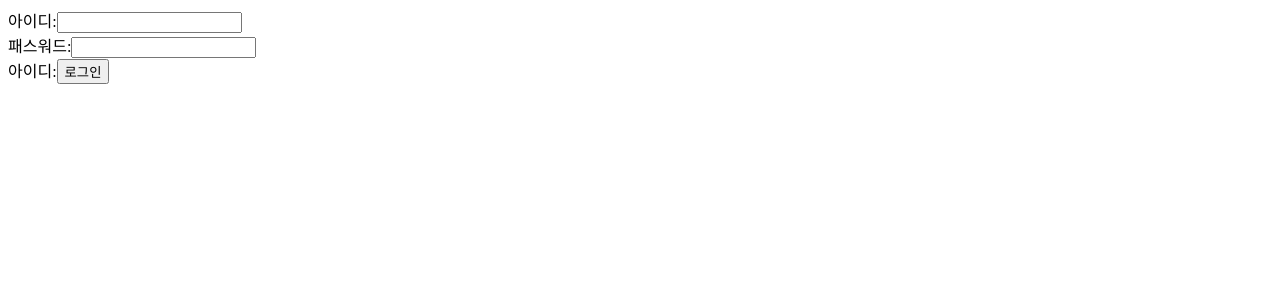
Repository: Yusubin/workEx
Page: project05/src/main/webapp/WEB-INF/login.html
The author's editor kept a copy of each file at every save. The page is drawn from the files as they stood at one save, then again after the next save.
The browser window is 1280 px wide. The pictures show the whole page.

Above is the page before, as saved 2022-02-09 03:04:28.

After the next save:
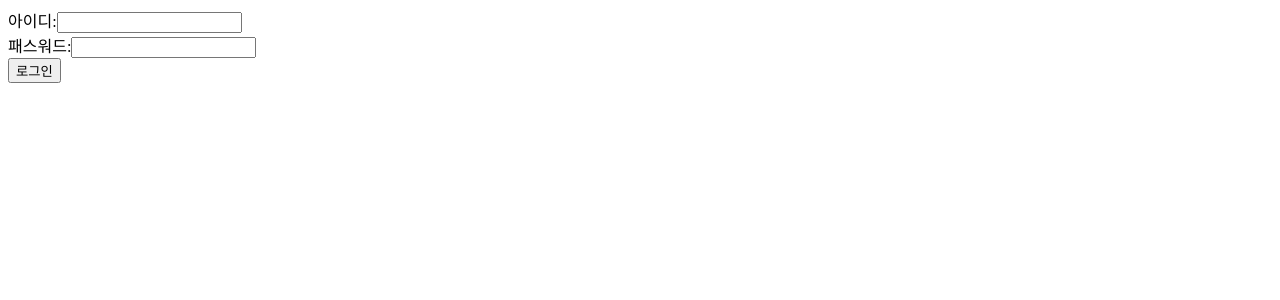
Saved 3 s later.
--- a/project05/src/main/webapp/WEB-INF/login.html
+++ b/project05/src/main/webapp/WEB-INF/login.html
@@ -8,7 +8,7 @@
 <form>
 	아이디:<input type="text" name="user_id"/><br>
 	패스워드:<input type="password" name="user_pw"/><br>
-	아이디:<input type="submit" value="로그인"/><br>
+	<input type="submit" value="로그인"/><br>
 </form>
 </body>
 </html>
